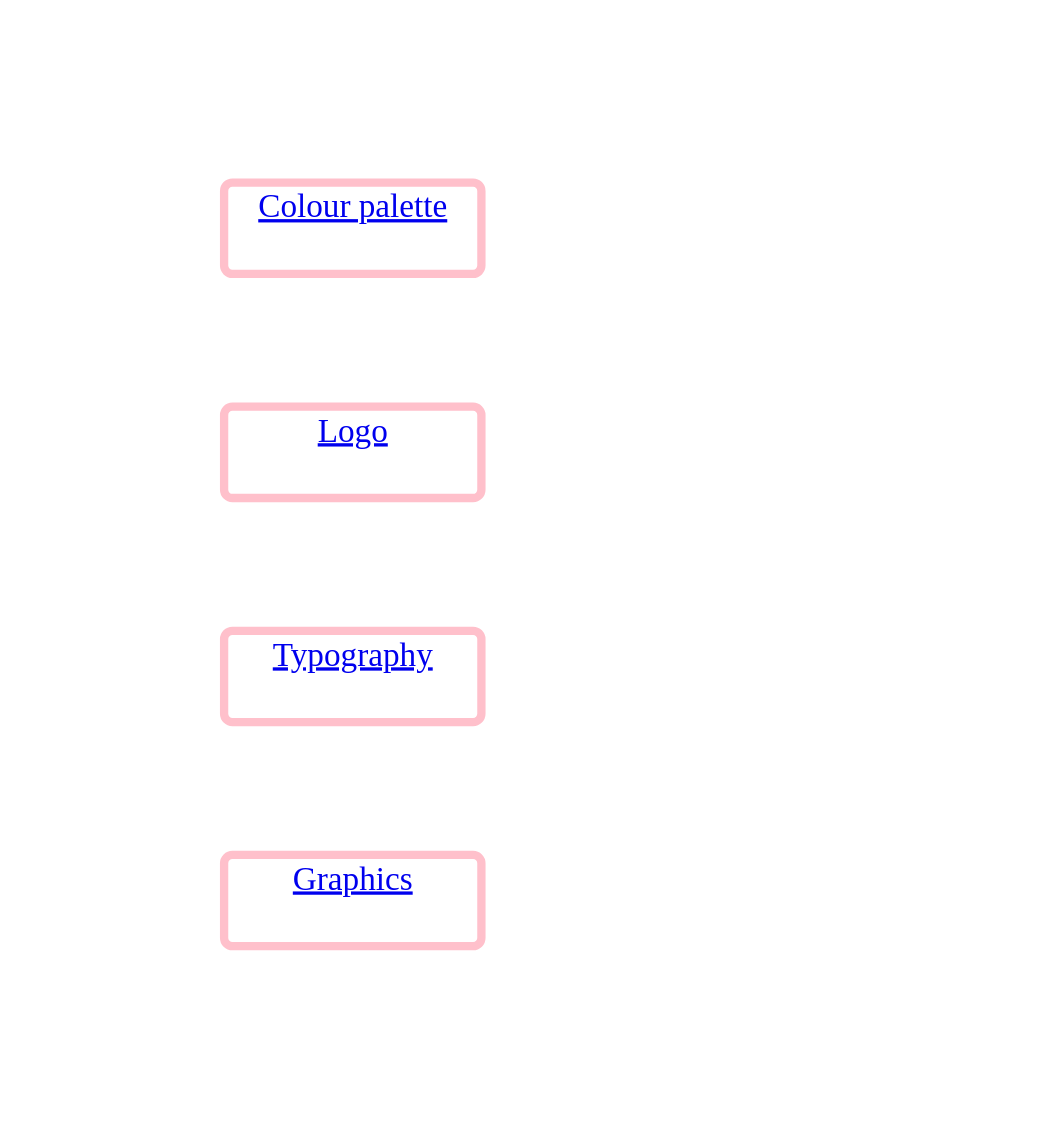
Repository: msyukurrr/styleguide
Page: intro.html
These files come from the project's save history. The page is drawn as it stood at one moment and after the next save; the edit follows.
The browser window is 1280 px wide. The pictures show the whole page, at 83% of full size.
Some web fonts or font styles are not loaded; a fallback is used.

Above is the page before, as saved 2022-03-04 14:35:39.

After the next save:
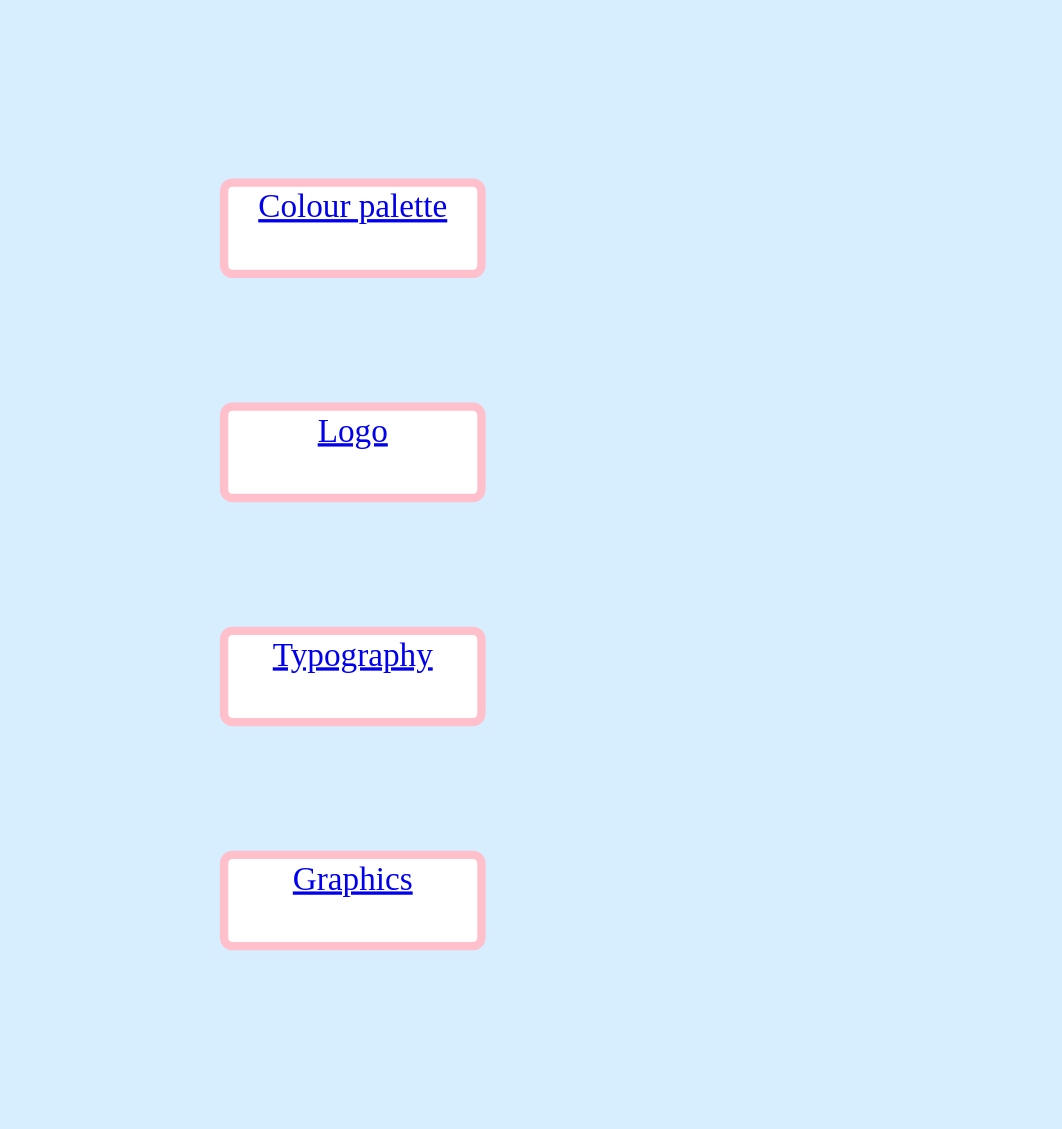
Saved 37 s later.
--- a/style.css
+++ b/style.css
@@ -4,6 +4,10 @@
 
   .background {
     background-color: #EBB2AD;
+}
+
+.intro_background{
+    background-color: #D6EEFF;
 }
   /*colourpalette*/
 
